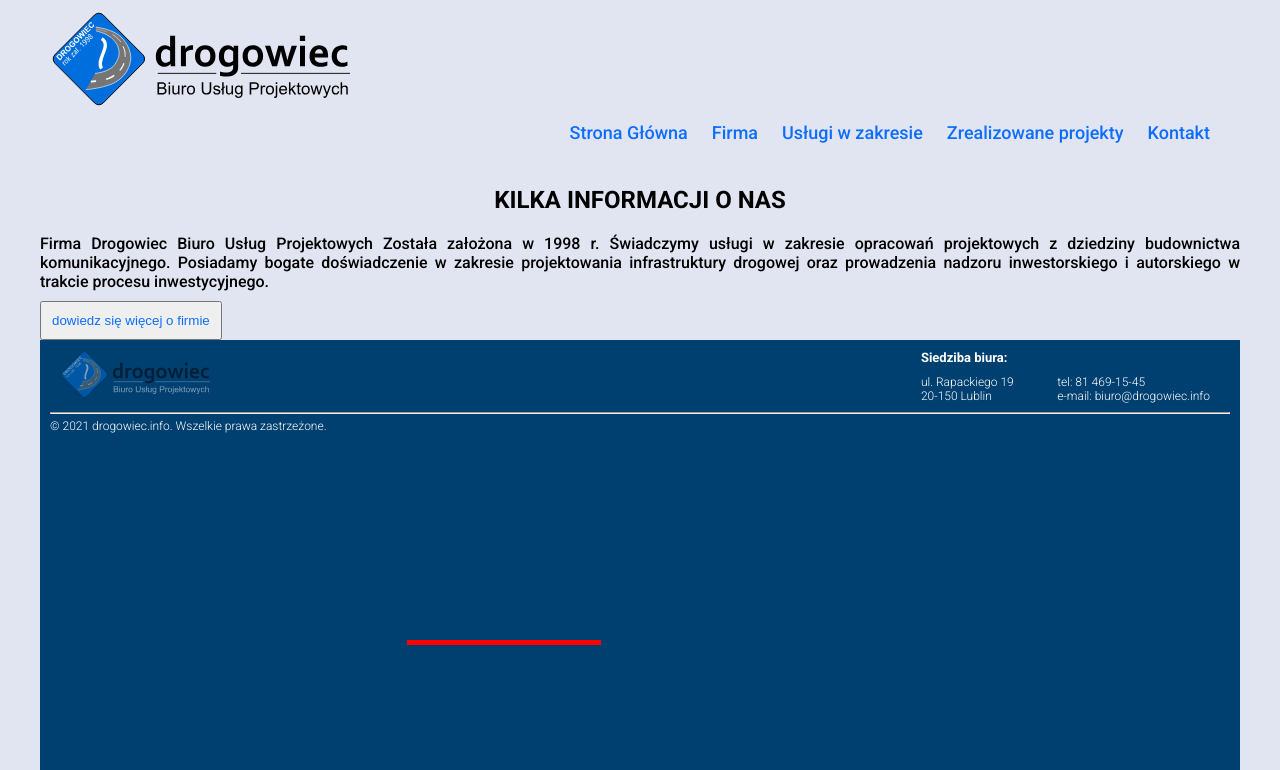
Repository: AdamBodzak/WTF_v2
Page: index.html
The author's editor kept a copy of each file at every save. The page is drawn from the files as they stood at one save, then again after the next save.
The browser window is 1280 px wide. The pictures show the whole page.

Above is the page before, as saved 2021-01-09 13:18:20.

### index.html
<!DOCTYPE html>
<html lang="pl">
<head>
    <meta charset="UTF-8">
    <meta name="viewport" content="width=device-width, initial-scale=1.0">
    <link rel="preconnect" href="https://fonts.gstatic.com">
    <link rel="stylesheet" href="style.css" type="text/css">
    <title>DROGOWIEC Biuro Usług Projektowych</title>
</head>
<body>
    <header>
        <a href="index.html">
            <img id="logo" src="./img/LogoBlack.svg" alt="Logo image">
        </a>
        <nav>
            <ul id="nawigationBar">
                <li> <a class="menuItem" href="#"> Strona Główna </a></li>
                <li> <a class="menuItem" href="#"> Firma </a></li>
                <li> <a class="menuItem" href="#"> Usługi w zakresie </a></li>
                <li> <a class="menuItem" href="#"> Zrealizowane projekty </a></li>
                <li> <a class="menuItem" href="#"> Kontakt </a></li>
            </ul>
        </nav>
    </header>
    <main>
        <section>
            <h1 id="hederSection">KILKA INFORMACJI O NAS</h1>
            <p id="paragrafSection">
                Firma Drogowiec Biuro Usług Projektowych Została założona w 1998 r.
                Świadczymy usługi w zakresie opracowań projektowych z dziedziny budownictwa
                komunikacyjnego. Posiadamy bogate doświadczenie w zakresie projektowania infrastruktury
                drogowej oraz prowadzenia nadzoru inwestorskiego i autorskiego w trakcie procesu inwestycyjnego.
            </p>
            <button id="buttonS">
                dowiedz się więcej o firmie
            </button>
        </section>
    <main>
    <footer id="footerID">
        <div class="footerElement">
            <a href="index.html">
                <img id="logoFooter" src="./img/LogoWhite.svg" alt="Logo image">
            </a>
        </div>
        <div id="kontakt" class="footerElement">
            <h1 id="footerHeder">
                Siedziba biura:
            </h1>
            <p id="footerKontakt">
                ul. Rapackiego 19 <br>
                20-150 Lublin
            </p>
            <p id="footerKontakt">
                tel: 81 469-15-45 <br>
                e-mail: biuro@drogowiec.info
            </p>
        </div>
        <hr>
        <p id="footerLow">
            © 2021 drogowiec.info. Wszelkie prawa zastrzeżone.
        </p>
        <div>
            <svg width="994" height="324" viewBox="0 0 994 324" fill="none" xmlns="http://www.w3.org/2000/svg">
                <line id="aa" x1="357" y1="209.5" x2="551" y2="209.5" stroke="red" stroke-width="5"/>
            </svg>
        </div>
    </footer>
</body>
</html>

### style.css
@import url('https://fonts.googleapis.com/css2?family=Roboto:wght@300;500;700&display=swap');

* {
    box-sizing: border-box;
    margin: 0px;
    padding: 0px;
}

body {
    max-width: 1200px;
    font-weight: 500;
    font-family: 'Roboto', sans-serif;
    background-color: #E1E5F2;
    margin-left: auto;
    margin-right: auto;
}

#logo {
    width: 300px;
    margin: 10px;
}

#nawigationBar{
    text-align: right;
    margin-right: 20px;
    height: 44px;
}

#nawigationBar>li {
    display: inline-block;
}

.menuItem{
    font-size: 18px;
    color: #0d6efd;
    text-decoration: none;
    padding: 10px;
}

.menuItem:hover {
    color: #FFF;
    background-color:#0d6efd;
}

#hederSection {
    text-align: center;
    padding: 20px;
}

#paragrafSection {
    text-align: justify;
    padding-bottom: 10px;
}

#buttonS {
    color: #0d6efd;
    text-decoration: none;
    padding: 10px;
}

svg #drogowiec {
    fill: #FFF;
}

#logoFooter {
    width: 150px;
    opacity: 0.5;
}

.footerElement {
    display: inline-block;
    margin: 10px;
}

#footerID {
    position: relative;
    padding: 0px 10px 10px 10px;
    font-weight: 300;
    font-size: 14px;
    color: white;
    background-color: #004070;
}

#kontakt {
    position: absolute;
    right: 0px;
}

#footerKontakt {
    display: inline-block;
    font-size: 12px;
    margin: 10px 20px;
}

#footerHeder {
    margin: 0px 20px;
    font-size: 13px;
}

#footerLow {
    font-size: 12px;
    padding-top: 5px;
}

Loaded but not shown: img/LogoWhite.svg (19 lines, source omitted); img/LogoBlack.svg (19 lines, source omitted)

After the next save:
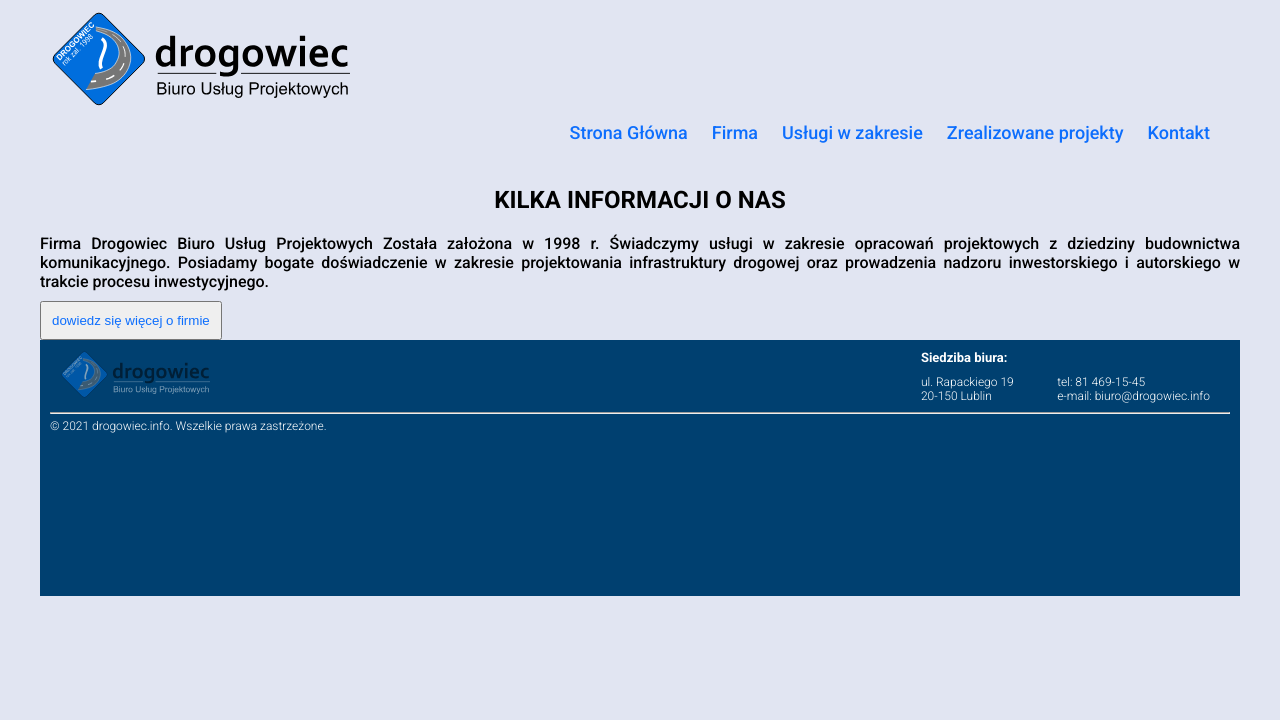
Saved 22 s later.
--- a/index.html
+++ b/index.html
@@ -60,7 +60,7 @@
             © 2021 drogowiec.info. Wszelkie prawa zastrzeżone.
         </p>
         <div>
-            <svg width="994" height="324" viewBox="0 0 994 324" fill="none" xmlns="http://www.w3.org/2000/svg">
+            <svg fill="none" xmlns="http://www.w3.org/2000/svg">
                 <line id="aa" x1="357" y1="209.5" x2="551" y2="209.5" stroke="red" stroke-width="5"/>
             </svg>
         </div>
